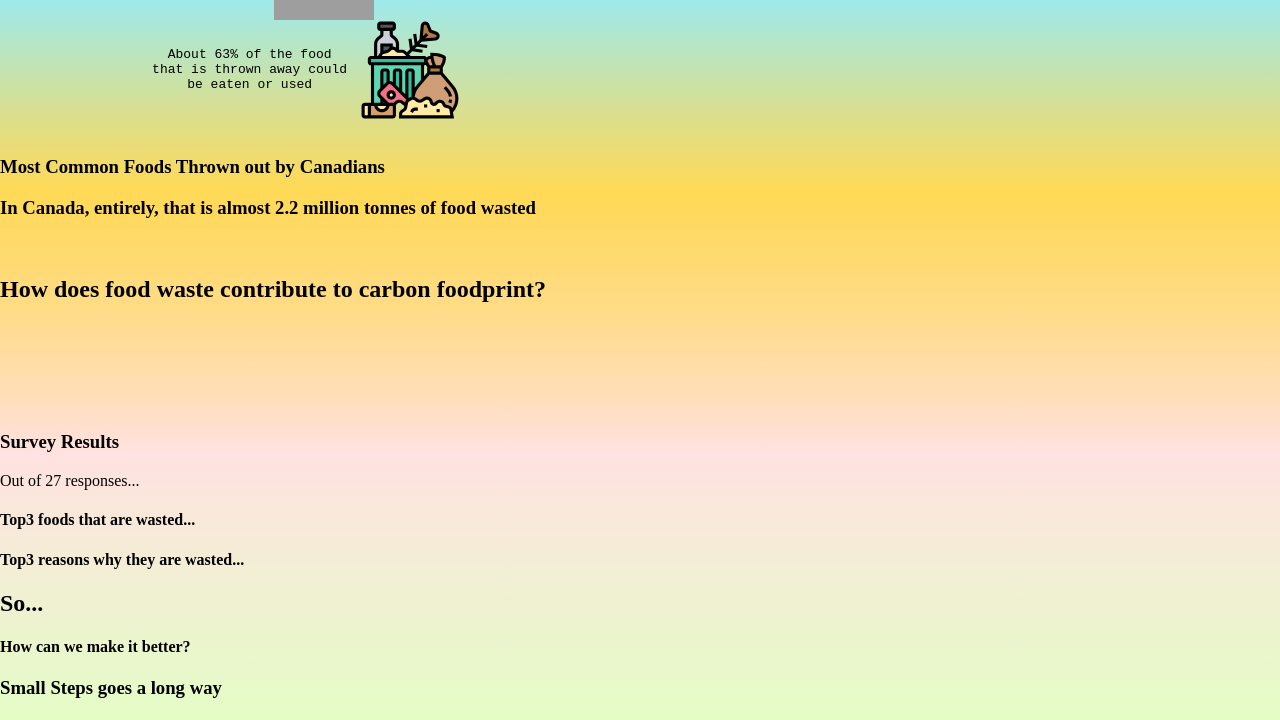
Repository: iorid3/Midterm
Page: index.html
These files come from the project's save history. The page is drawn as it stood at one moment and after the next save; the edit follows.
The browser window is 1280 px wide. The pictures show the whole page.
Pictures or frames that could not be fetched are drawn as grey boxes. An inner scrolling area shows only its first screen.

Above is the page before, as saved 2021-03-08 12:36:51.
Console error: TypeError: Cannot read properties of null (reading 'innerHTML')

### index.html
<!DOCTYPE html>
<html>
    <head>
       <title>Mid term</title>
        <link href= "./index.css"  rel ="stylesheet" type = "text/css" >
    </head>
<body>
   <div id = "main">

        <div class = "section1">
            <div><h1> How Food Waste Impacts Our World</h1></div>
            <div><img src =""/></div>
            <div class = "comp1"></div>
            <div class = "comp2"></div>
            <div class = "comp5"></div>
        </div>

        <div class = "section2">
            <div><h2>DId you know that...</h2></div>
            <div class ="comp3_1"></div>
            <div class ="comp3_2"></div>
            <div class ="comp3_3"></div>
            <div class ="comp3_4"></div>
            <div class = "comp1"></div>

            <div class = "flag"><img src = ""></div>
            <div><h3>Most Common Foods Thrown out by Canadians</h3></div>
               <div class = "container1">
                    <div class ="comp4"></div>
                    <div class ="comp4"></div>
                    <div class ="comp4"></div>
                    <div class ="comp4"></div>
                </div>

            <div class = "comp5"></div>
            <div><h3>In Canada, entirely, that is almost 2.2 million tonnes of food wasted</h3></div>
            <div><img src = ""></div>
        </div>

        <div class = "section3">
            <div><h2>How does food waste contribute to carbon foodprint?</h2></div>
            <div><img src = ""></div>

            <div class = "comp6"></div>
            <div class = "comp6"></div>
            <div class = "comp6"></div>
            <div class = "comp6"></div>

                <div class = "container2">
                    <div><img src = ""></div>
                    <div><img src = ""></div>
                    <div><img src = ""></div>
                </div>

            <div class = "comp6"></div>


        </div>


        <div class = "section4">
            <div class = "container3">
               <div><img src = ""></div>
               <div><h3>Survey Results</h3></div>
               <div>Out of 27 responses...</div>
            </div>


            <div class ="comp2"></div>
            <div><h4>Top3 foods that are wasted...</h4></div>
            <div class = "container4">
                <div class = "comp7"></div>
                <div class = "comp7"></div>
                <div class = "comp7"></div>
            </div>

            <div><h4>Top3 reasons why they are wasted...</h4></div>
            <div class = "container5">
                <div class = "comp8"></div>
                <div class = "comp8"></div>
                <div class = "comp8"></div>
            </div>



            <div><h2>So...</h2></div>

            <div><h4>How can we make it better?</h4></div>
            <div class = "container6">
                <div class ="comp9"></div>
                <div class ="comp9"></div>
                <div class ="comp9"></div>
                <div class ="comp9"></div>
            </div>


        <div class = "section5">

            <div><h3>Small Steps goes a long way</h3></div>
            <div class = "comp10"></div>
            <div class = "comp10"></div>
            <div class = "comp10"></div>
            <div class = "comp10"></div>
            <div class = "comp10"></div>
            <div class = "comp10"></div>

            <div><img src = ""></div>
            <div><img src = ""></div>

            <div class = "comp5"></div>
            <div><h3>Do your part in saving the environment by ...</h3></div>
            <div><h2>Using this app to reduce food waste</h2></div>
            <div><h2>FridgeSaver</h2></div>
            <div><img src =""></div>
            <div class = "comp5"></div>
            <div><h5>Start with what you have in your fridge</h5></div>

            <div><img src =""></div>
            <div><h5>Ready to find interesting recipes?</h5></div>



        </div>








       <!-- <div class = "col left">
           <div class = "row top">
               <div class = "shake"></div>
           </div>
           <div class = "row mid">
               <div class = "rank1"></div>
               <div class = "rank2"></div>
           </div> -->
    </div>


<script src = ./comps/comp1/index.js></script>
<script src = ./comps/comp2/index.js></script>
<script src = ./comps/comp3/index.js></script>
<script src = ./comps/comp4/index.js></script>
<script src = ./comps/comp5/index.js></script>
<script src = ./comps/comp6/index.js></script>
<script src = ./comps/comp7/index.js></script>
<script src = ./comps/comp8/index.js></script>
<script src = ./comps/comp9/index.js></script>
<script src = ./comps/comp10/index.js></script>

<script src = ./index.js></script>
</body>
</html>

### index.css
html,body{
    margin:0;
    overflow-x:hidden;
    background: linear-gradient(180deg, rgba(156, 233, 235, 0.86) 0%, rgba(255, 217, 86, 0.96) 26.56%, rgba(255, 220, 220, 0.6) 63.02%, rgba(227, 252, 195, 0.76) 100%);
    mix-blend-mode: normal;
}
#main{
    width:100vw;
    height:100vh;
    display:flex;
    flex-direction: column;
    justify-content: center;
}

### Comps/comp1/index.js
function Comp1UI(url="Images/confusion.png", size ="10px", font= "Poppins", text="text"){
    return `<div style='
            width: 100vw;
            height: 30vh;
            display: inline-flex;
            justify-content: center;
            align-items: center;
            transition: opacity 1s;
            opacity: 0.25;
        '
        onclick='Comp1UI.HandleClick(this)'
        >

        <img style='
            display: inline-flex;
            width: 200px;
            position: relative;
            left: 140px;
            top: 60px;
        'src="${url}" />

        <div>
            <img style='
                display: inline-flex;
                position: relative;
                width: 500px;
                left: 100px;
                bottom: 10px;
            'src="Images/chat.svg" />

            <div style='
                display: inline-flex;
                position: relative;
                bottom: 280px;
                right: 265px;
                font-size: ${size};
                font-weight: bold;
                font-family: ${font};
            '> ${text}</div>
        </div>
    </div>`
}

Comp1UI.HandleClick = (el) => {
    el.style.opacity = 1;
}

### Comps/comp2/index.js
function Comp2UI(url="Images/confusion.png", size ="10px", font= "Poppins", text="text"){
    return `<div style='
        width: 100vw;
        height: 30vh;
        display: inline-flex;
        justify-content: center;
        align-items: center;
        transition: opacity 1s;
        opacity: 0.25;
    '
    onclick='Comp1UI.HandleClick(this)'
    >

        <img style='
            display: inline-flex;
            width: 200px;
            position: relative;
            left: 500px;
            top:60px;
        ' src="${url}"/>

        <div>
            <img style='
                display: inline-flex;
                position: relative;
                width: 500px;
                right: 200px;
                bottom: 10px;
                transform: rotateY(180deg)
            ' src="Images/chat2.svg" />

            <div style='
                display: inline-flex;
                position: relative;
                bottom: 280px;
                right: 560px;
                font-size: ${size};
                font-weight: bold;
                font-family: ${font};
            ' >${text}</div>
        </div>
    </div>`
}

Comp2UI.HandleClick = (el) => {
    el.style.opacity = 1;
}

### Comps/comp3/index.js
function Comp3UI(Text='Average Canadian wastes 140kg of food in a year', url='https://placekitten.com/400/400') {
    return `
        <div style='
            display: inline-flex;
            align-items: center;
            justify-content: center;

            transition-property: transform;
            transition-duration: 1s;
            transition-timing-function: ease-in-out;
            transition-delay: 1s;

        '>
            <div style='
                flex-basis: 200px;
                text-align: center;
                padding-right: 10px;
                font-family: monospace;


            '
            >${Text}</div>

            <div style='
                width: 100px;
                height: 100px;
            '
            // onclick='Comp3UI.HandleClick(this)'
            >
                <img  style='
                    width: 100%;
                    height: 100%;
                    object-fit: cover;
                '
                src='${url}' />
        </div>
    `
}

// Comp3UI.HandleClick = (el) => {
//     el.style.top = "110%";
// }


// export const Comp3 = Comp3UI();

### Comps/comp4/index.js
function Comp4UI(url='https://placekitten.com/300/300',text='Bread & Bakery',x='0',y='0') {
    return `
        <div style='
            display: flex;
            flex-direction: row;
            align-item: center;
            justify-content: center;
            width: 250px;
            height: 50px;
            margin: 10px;
            position: absolute;
            top: ${x}px;
            left: ${y}px;

            animation-name: bouncing;
            animation-duration: 1.5s;
            animation-direction: alternate;
            animation-iteration-count: infinite;
            animation-delay: 2s;



        '
        >
            <div style='
                width: 50px;
                height: 50px;
            '>
                <img style='
                    width: 100%;
                    height: 100%;
                    object-fit: cover;
                '
                src='${url}' />
            </div>
            <div style='
            font-family: monospace;
            text-align: center;
            padding-top: 18px;
            padding-left: 5px;
            '
            >${text}</div>
        </div>
    `
}




// export const Comp4 = Comp4UI();

### Comps/comp5/index.js
function Comp5UI(x='0', y='0', url='https://placekitten.com/300/300') {
    return `
        <div style='
            width: 150px;
            height: 150px;
            position: absolute;
            top: ${x}px;
            left: ${y}px;

        '
        >
            <img style='
                width: 100%;
                height: 100%;
                object-fit: cover;

                animation-name: bounce;
                animation-duration: 1s;
                animation-direction: alternate;
                animation-iteration-count: infinite;

            '
            src='${url}' />


        </div>

    `
}

// export const Comp5 = Comp5UI();

### Comps/comp6/index.js
function Carboncomp(text =" 7% of greenhouse gases produced globally are due to preventable food waste", url= "images/factory.svg"){
    return `<div style = "
                          display:inline-flex;
                          ">
                         <div style = "display:flex;
                         padding:10px;">
                         <img style ="
                          width:100px;
                          height:100px;
                         " src  = "${url}"></div>
                         <div style ="
                         display:flex;
                         padding:10px;"><p>${text}</p></div>

            </div>`
}

### Comps/comp7/index.js
function Graphcomp(url ="images/vegetable.svg",text ="Leftovers(59.3%)",color ="pink",width ="200px" ){
    return `<div style = "
                          display:inline-flex;
                          align-items:flex-start;
                          justify-content:flex-start;
                          ">
                            <div style = "display:flex;
                            padding:10px;
                            width:80px;
                            height:80px;
                            ">
                            <img src  = "${url}"></div>
                            <div class = "graph"
                            style ="
                            width:${width};
                            height:30px;
                            margin-top:10px;
                            background-color:${color};
                            box-shadow: 3px 3px ;
                            transition:background-color,1s,box-shadow, 1s;"
                            onmouseover = "Graphcomp.HandleMouseover(this)">
                            <div style ="
                            display:flex;
                            padding:10px;
                            font-size:25px;"><p>${text}</p></div>
                            </div>



            </div>`


}

Graphcomp.HandleMouseover = (el)=>{
   el.style.boxShadow = "8px 8px";
//    el.style.width = "400px";
 }

### Comps/comp8/index.js
function Graphcomp2(url ="images/vegetable.svg",text ="Leftovers(59.3%)",color ="pink",width ="200px" ){
    return `<div style = "
                          display:inline-flex;
                          flex-direction:row;
                          justify-content:center;
                          ">
                            <div class = "graph"
                            style ="
                            display:flex;
                            width:${width};
                            height:30px;
                            margin-top:10px;
                            background-color:${color};
                            box-shadow: 3px 3px ;
                            transition:background-color,1s,box-shadow, 1s;"
                            onmouseover = "Graphcomp2.HandleMouseover(this)">
                            <div style ="
                            display:flex;
                            width:200px;
                            padding:10px;
                            font-size:20px;"><p>${text}</p></div>
                            </div>
                            <div style = "display:flex;
                            padding:10px;
                            width:80px;
                            height:80px;
                            ">
                            <img src  = "${url}"></div>




            </div>`


}

Graphcomp2.HandleMouseover = (el)=>{
//    el.style.backgroundColor  = "blue";
   el.style.boxShadow = "8px 8px";
//    el.style.width = "400px";
 }

### Comps/comp9/index.js
function Comp9UI(url="images/1.svg", text="4 Ways to Make it Better") {
    return `
        <img style='
            width: 80px;
            height: 80px;
            transition: width 0.2s;
            transition-timing-function: ease-in-out;
        '

        onmouseover='Comp9UI.HandleImageHover(this)'
        onmouseout='Comp9UI.HandleImageHoverOut(this)'

        src="${url}"/>

        <div style='
            width: 180px;
            height: 180px;
            margin: 10px;
            padding: 10px;
            background-color: rgba(255, 255, 255, 0.6);
            border: 3px solid rgba(0, 0, 0, 0.5);
            border-radius: 50%;
            display: flex;
            justify-content: center;
            align-items: center;
            font-size: 1.1em;
            line-height: 1.2em;
            text-align: center;
            transition: width 0.2s;
            transition-timing-function: ease-in-out;
        '
            onmouseover='Comp9UI.HandleHover(this)'
            onmouseout='Comp9UI.HandleHoverOut(this)'

        >${text}</div>

    `
}

Comp9UI.HandleImageHover = (el) => {
    el.style.width = "120px";
    el.style.height = "120px";
}

Comp9UI.HandleImageHoverOut = (el) => {
    el.style.width = "80px";
    el.style.height = "80px";
}

Comp9UI.HandleHover = (el) => {
    el.style.color = "#2E8B57";
    // el.style.width = "210px";
    // el.style.height = "210px";
    // el.style.fontSize = "1.4em";
}

Comp9UI.HandleHoverOut = (el) => {
    el.style.color = "#000000";
    // el.style.width = "180px";
    // el.style.height = "180px";
    // el.style.fontSize = "1.1em";
}
// export const Comp9 = Comp9UI();

### Comps/comp10/index.js
function Comp10UI(w="55px", tdeg="120deg", top="0px", left="0px", anidelay="1s") {
    return `
    <img style='
        width: ${w};
        transform: rotate(${tdeg});
        position: absolute;
        top: ${top};
        left: ${left};

        animation-name: footsteps;
        animation-duration: 4s;
        animation-delay: ${anidelay};
        animation-iteration-count: infinite;

    'src="images/footsteps.svg"/>

    `
}

// export const Comp10 = Comp10UI();

### index.js










//add claudia's componenets

document.querySelector(".comp3_1").innerHTML += Comp3UI('Average Canadian wastes 140kg of food in a year', 'icons/grocery.svg')
document.querySelector(".comp3_2").innerHTML += Comp3UI('That’s worth about $1,100 Canadian dollars', 'icons/canada.svg')
document.querySelector(".comp3_3").innerHTML += Comp3UI('About 63% of the food that is thrown away could be eaten or used', 'icons/garbage.svg')
document.querySelector(".four").innerHTML += Comp3UI('A single household waste approximately $100 per month', 'icons/family.svg')

document.querySelector(".middle").innerHTML += Comp4UI('icons/vegetable.svg', 'Vegetables',70,370)
document.querySelector(".second").innerHTML += Comp4UI('icons/bread.svg', 'Bread & Bakery',70,570)
document.querySelector(".third").innerHTML += Comp4UI('icons/fruits.svg', 'Fruits',130,380)
document.querySelector(".forth").innerHTML += Comp4UI('icons/fridge.svg', 'Leftover',130,545)

document.querySelector(".row").innerHTML += Comp5UI(50,500,'icons/down-arrow.svg')

After the next save:
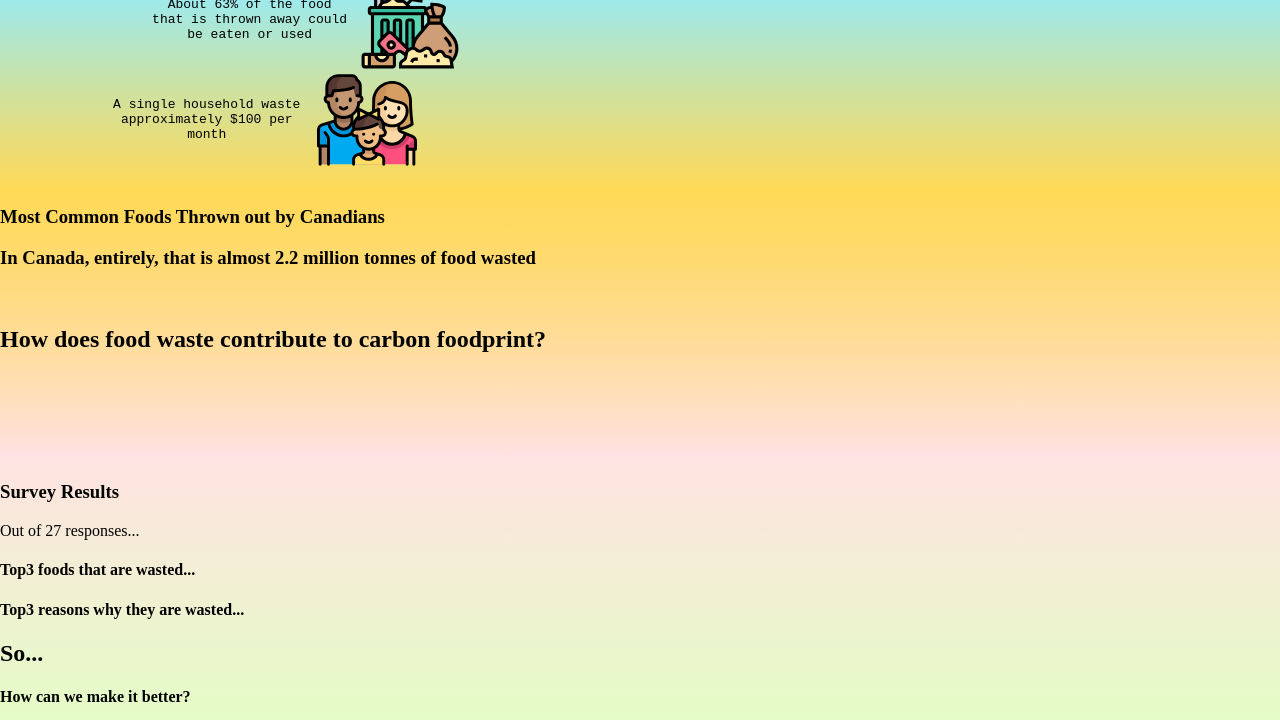
Saved 7 s later.
--- a/index.js
+++ b/index.js
@@ -13,7 +13,7 @@
 document.querySelector(".comp3_1").innerHTML += Comp3UI('Average Canadian wastes 140kg of food in a year', 'icons/grocery.svg')
 document.querySelector(".comp3_2").innerHTML += Comp3UI('That’s worth about $1,100 Canadian dollars', 'icons/canada.svg')
 document.querySelector(".comp3_3").innerHTML += Comp3UI('About 63% of the food that is thrown away could be eaten or used', 'icons/garbage.svg')
-document.querySelector(".four").innerHTML += Comp3UI('A single household waste approximately $100 per month', 'icons/family.svg')
+document.querySelector(".comp3_4").innerHTML += Comp3UI('A single household waste approximately $100 per month', 'icons/family.svg')
 
 document.querySelector(".middle").innerHTML += Comp4UI('icons/vegetable.svg', 'Vegetables',70,370)
 document.querySelector(".second").innerHTML += Comp4UI('icons/bread.svg', 'Bread & Bakery',70,570)
